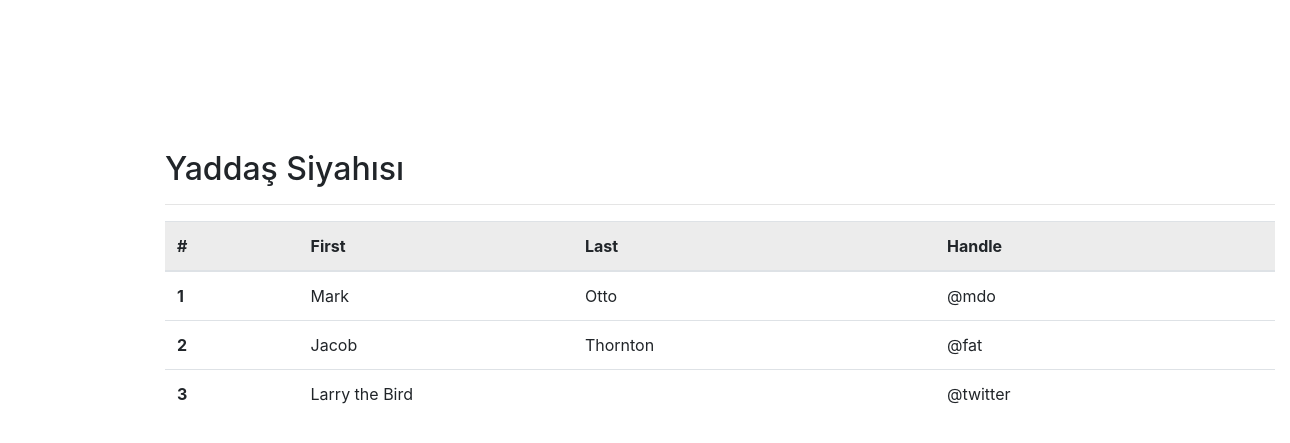
Repository: elvinyeka/ToDoApp
Page: http://localhost/
The author's editor kept a copy of each file at every save. The page is drawn from the files as they stood at one save, then again after the next save.
The browser window is 1280 px wide. The page is 1290 px wide, so the pictures cover 1290 px, including what lies to the right of the window. The pictures show the whole page.
Some web libraries are served in a nearby version. The page is served by the project's application, run on Flask 3 (todo.py).

Above is the page before, as saved 2020-09-27 19:50:07.

### templates/index.html
<!DOCTYPE html>
<html lang="en">

<head>
    <meta charset="UTF-8">
    <meta name="viewport" content="width=device-width, initial-scale=1.0">
    <link rel="stylesheet" href="https://maxcdn.bootstrapcdn.com/bootstrap/4.0.0/css/bootstrap.min.css" integrity="sha384-Gn5384xqQ1aoWXA+058RXPxPg6fy4IWvTNh0E263XmFcJlSAwiGgFAW/dAiS6JXm" crossorigin="anonymous">
    <title>ToDoApp</title>
</head>

<body>
    <div style="margin: 150px;" class="container">
        <h2>Yaddaş Siyahısı</h2>
        <hr>
        <table class="table table-hover">
            <thead class="table-active">
                <tr>
                    <th scope="col">#</th>
                    <th scope="col">First</th>
                    <th scope="col">Last</th>
                    <th scope="col">Handle</th>
                </tr>
            </thead>
            <tbody>
                <tr>
                    <th scope="row">1</th>
                    <td>Mark</td>
                    <td>Otto</td>
                    <td>@mdo</td>
                </tr>
                <tr>
                    <th scope="row">2</th>
                    <td>Jacob</td>
                    <td>Thornton</td>
                    <td>@fat</td>
                </tr>
                <tr>
                    <th scope="row">3</th>
                    <td colspan="2">Larry the Bird</td>
                    <td>@twitter</td>
                </tr>
            </tbody>
        </table>
    </div>


    <script src="https://code.jquery.com/jquery-3.2.1.slim.min.js" integrity="sha384-KJ3o2DKtIkvYIK3UENzmM7KCkRr/rE9/Qpg6aAZGJwFDMVNA/GpGFF93hXpG5KkN" crossorigin="anonymous"></script>
    <script src="https://cdnjs.cloudflare.com/ajax/libs/popper.js/1.12.9/umd/popper.min.js" integrity="sha384-ApNbgh9B+Y1QKtv3Rn7W3mgPxhU9K/ScQsAP7hUibX39j7fakFPskvXusvfa0b4Q" crossorigin="anonymous"></script>
    <script src="https://maxcdn.bootstrapcdn.com/bootstrap/4.0.0/js/bootstrap.min.js" integrity="sha384-JZR6Spejh4U02d8jOt6vLEHfe/JQGiRRSQQxSfFWpi1MquVdAyjUar5+76PVCmYl" crossorigin="anonymous"></script>
</body>

</html>

### todo.py
from flask import Flask,render_template
from flask_sqlalchemy import SQLAlchemy

app = Flask(__name__)
app.config['SQLALCHEMY_DATABASE_URI'] = 'sqlite:////Users/Elvin/Desktop/ToDoApp/todo.db'
db = SQLAlchemy(app)

@app.route("/")
def index():
    return render_template("index.html")

class Todo(db.Model):

    id = db.Column(db.Integer,primary_key=True)
    title = db.Column(db.String(80))
    content = db.Column(db.Text)
    complete = db.Column(db.Boolean)


if __name__ == "__main__":
    app.run(debug=True)

After the next save:
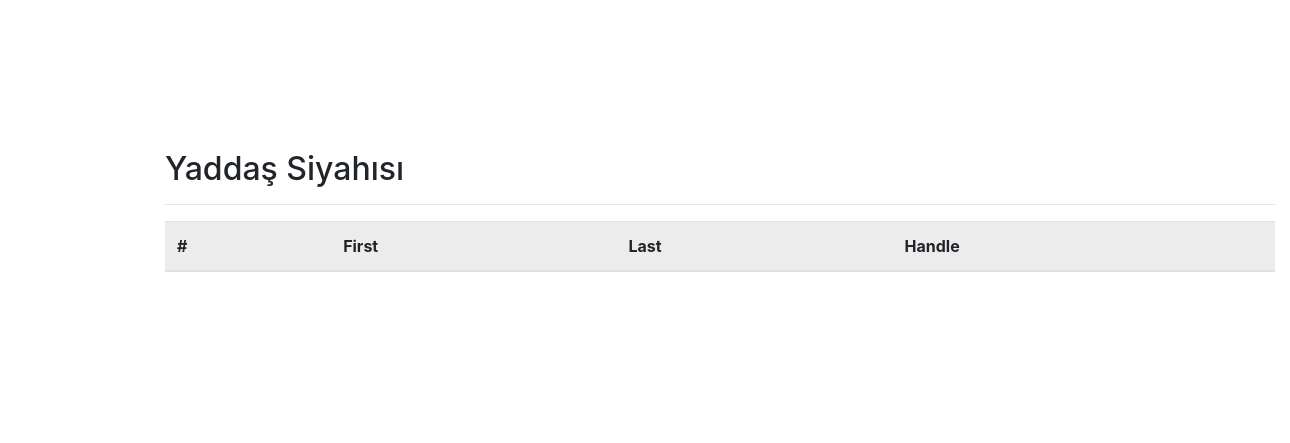
Saved 65 s later.
--- a/templates/index.html
+++ b/templates/index.html
@@ -23,23 +23,11 @@
             </thead>
             <tbody>
                 <tr>
-                    <th scope="row">1</th>
-                    <td>Mark</td>
-                    <td>Otto</td>
-                    <td>@mdo</td>
-                </tr>
-                <tr>
-                    <th scope="row">2</th>
-                    <td>Jacob</td>
-                    <td>Thornton</td>
-                    <td>@fat</td>
-                </tr>
-                <tr>
-                    <th scope="row">3</th>
-                    <td colspan="2">Larry the Bird</td>
-                    <td>@twitter</td>
+
                 </tr>
             </tbody>
+
+
         </table>
     </div>
 
